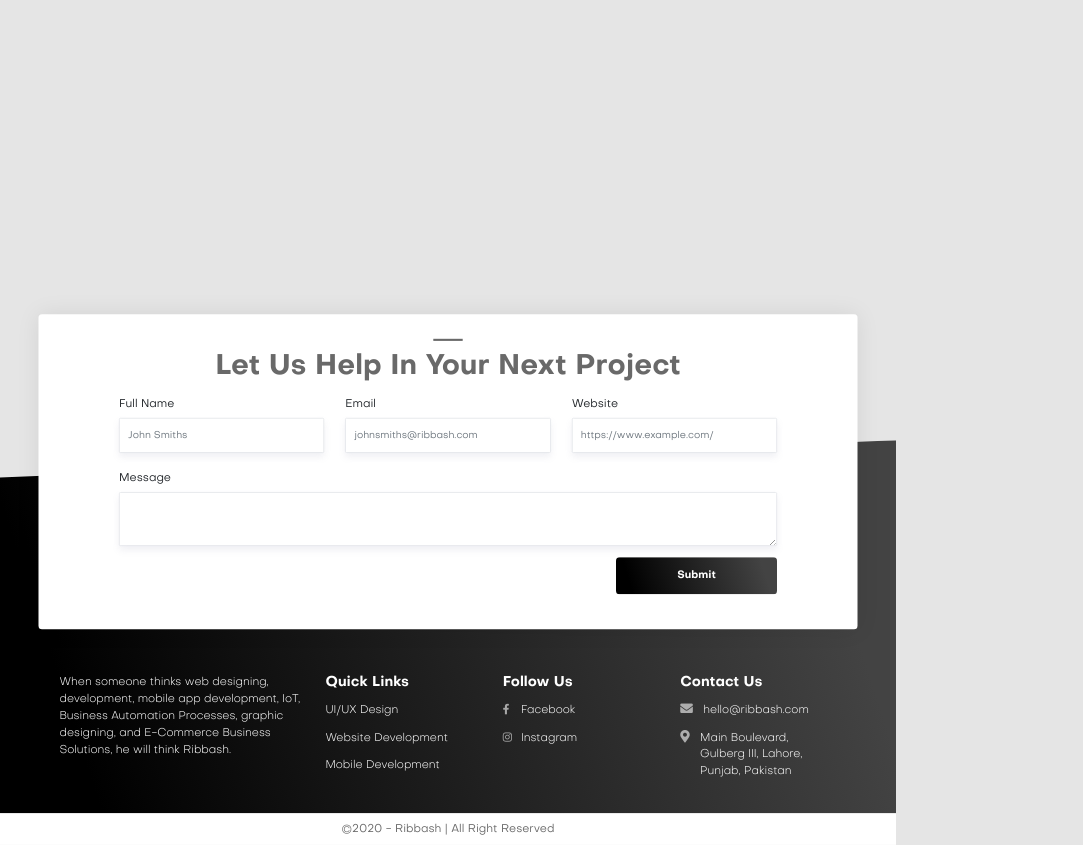
Repository: ahsankalim09/light-Agency
Page: newDesign.html
An editor plug-in stored every save of this project. The page is shown before and after the next save, followed by the edit.
The browser window is 1280 px wide. The page is 1280 px wide, then 1547 px, so the pictures cover 1547 px, including what lies to the right of the window. The pictures show the part of the page from y = 0 to 1600 px (the page is 1207 px tall before and 3312 px after), at 70% of full size.

Above is the page before, as saved 2020-10-13 22:49:07.

After the next save:
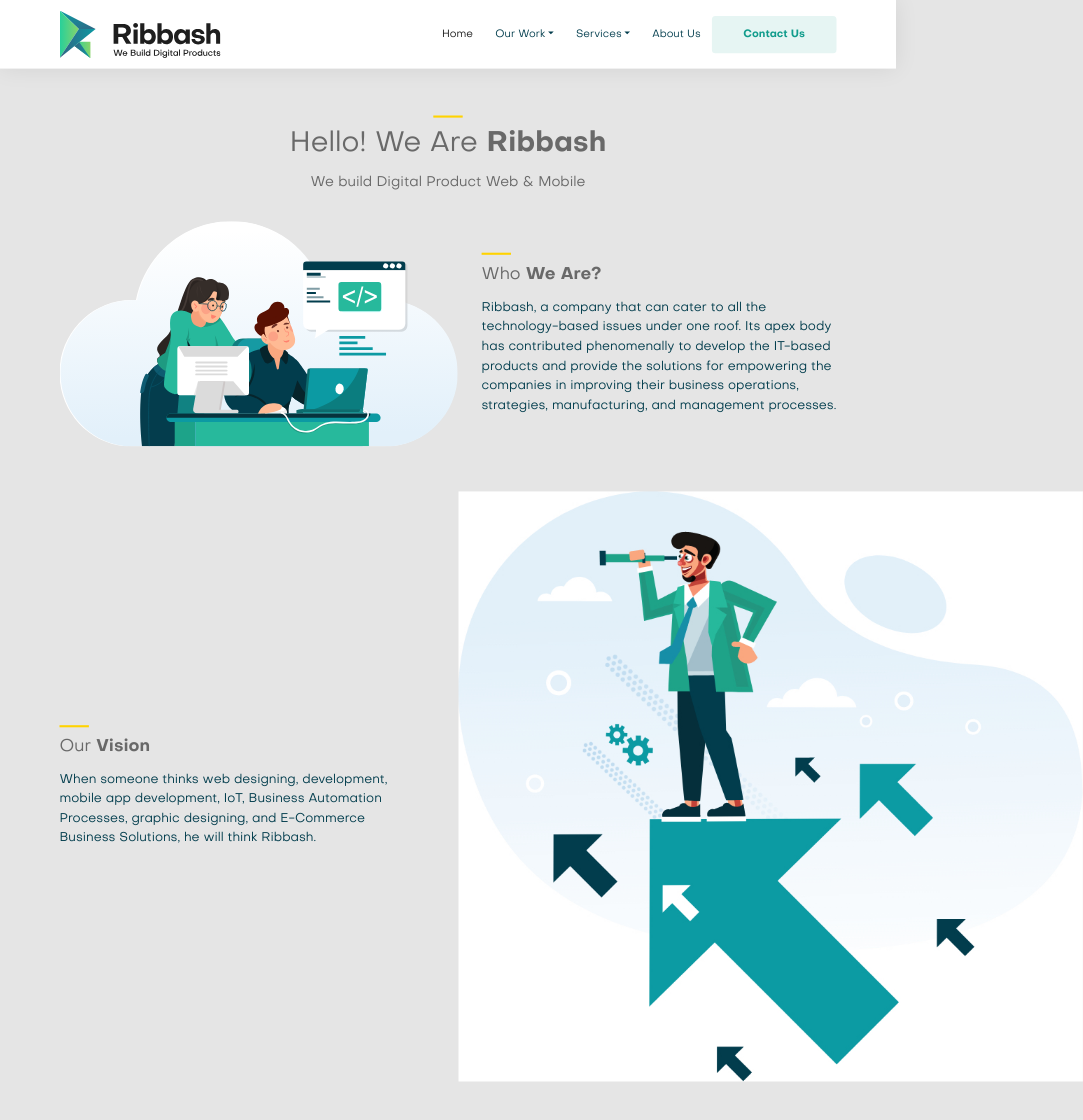
Saved 90 s later.
--- a/newDesign.html
+++ b/newDesign.html
@@ -36,52 +36,6 @@
 
       gtag("config", "UA-175567433-1");
     </script>
-    <style>
-      * {
-        margin: 0;
-        padding: 0;
-        box-sizing: border-box;
-      }
-
-      .main-section {
-        width: 100%;
-        height: 100vh;
-        background-image: url("./assests/images/bg_image.jpg");
-        background-size: cover;
-        background-repeat: no-repeat;
-        background-attachment: fixed;
-      }
-      /* .navBar {
-        width: 100%;
-        height: 15vh;
-        display: flex;
-        justify-content: space-around;
-        align-items: center;
-
-        background-color: #000000cc;
-        color: white;
-      }
-
-      .navBar .listing {
-        width: 100%;
-        display: flex;
-        justify-content: space-around;
-        align-items: center;
-      } */
-
-      .listing li {
-        margin: 10px;
-        list-style: none;
-      }
-
-      .title {
-        width: 100%;
-        margin-top: 300px;
-        height: 85vh;
-        text-align: center;
-        font-size: 25px;
-      }
-    </style>
   </head>
   <body>
     <!--Header Section Start-->
@@ -255,6 +209,98 @@
       </div>
     </header>
     <!--Header Section End-->
+
+    <!--Intro Section Start-->
+    <section class="rd-pt-180 rd-pb-65">
+      <div class="container">
+        <div class="row justify-content-md-center mb-4">
+          <div class="col-12">
+            <div class="rd-infobox text-center rd-text-dark wow fadeInUp">
+              <h2
+                class="rd-title rd-title-strip rd-title-strip-green rd-title-strip-center mb-3"
+              >
+                <span class="font-weight-normal">Hello! We are</span>
+                <span class="font-weight-bold">Ribbash</span>
+              </h2>
+              <p class="rd-text">We build Digital Product Web & Mobile</p>
+            </div>
+          </div>
+        </div>
+        <div class="row align-items-md-center mb-5">
+          <div class="col-12 col-md-6 mb-5 mb-md-0">
+            <figure class="wow fadeInUp">
+              <img src="img/who-we-are.svg" alt="who we are" />
+            </figure>
+          </div>
+          <div class="col-12 col-md-6 pl-md-5">
+            <div class="rd-infobox rd-text-dark">
+              <h2
+                class="rd-mini-title rd-title-strip rd-title-strip-green mb-3 wow fadeInUp"
+              >
+                <span class="font-weight-normal">Who</span>
+                <span class="font-weight-bold">We Are?</span>
+              </h2>
+              <p class="rd-sub-text mb-0 wow fadeInUp">
+                Ribbash, a company that can cater to all the technology-based
+                issues under one roof. Its apex body has contributed
+                phenomenally to develop the IT-based products and provide the
+                solutions for empowering the companies in improving their
+                business operations, strategies, manufacturing, and management
+                processes.
+              </p>
+            </div>
+          </div>
+        </div>
+        <div
+          class="row align-items-md-center mb-5 flex-column-reverse flex-md-row"
+        >
+          <div class="col-12 col-md-6 pr-md-5">
+            <div class="rd-infobox rd-text-dark">
+              <h2
+                class="rd-mini-title rd-title-strip rd-title-strip-green mb-3 wow fadeInUp"
+              >
+                <span class="font-weight-normal">Our</span>
+                <span class="font-weight-bold">Vision</span>
+              </h2>
+              <p class="rd-sub-text mb-0 wow fadeInUp">
+                When someone thinks web designing, development, mobile app
+                development, IoT, Business Automation Processes, graphic
+                designing, and E-Commerce Business Solutions, he will think
+                Ribbash.
+              </p>
+            </div>
+          </div>
+          <div class="col-12 col-md-6 mb-5 mb-md-0">
+            <figure class="wow fadeInUp">
+              <img src="img/our-vision.jpg" alt="Our vision" />
+            </figure>
+          </div>
+        </div>
+        <div class="row align-items-md-center">
+          <div class="col-12 col-md-6 mb-5 mb-md-0">
+            <figure class="wow fadeInUp">
+              <img src="img/our-mission.svg" alt="Our Mission" />
+            </figure>
+          </div>
+          <div class="col-12 col-md-6 pl-md-5">
+            <div class="rd-infobox rd-text-dark">
+              <h2
+                class="rd-mini-title rd-title-strip rd-title-strip-green mb-3 wow fadeInUp"
+              >
+                <span class="font-weight-normal">Our</span>
+                <span class="font-weight-bold">Mission</span>
+              </h2>
+              <p class="rd-sub-text mb-0 wow fadeInUp">
+                To help the businesses become trustworthy and innovative in
+                their respective industries via providing Top-Notch IT services
+                and products globally
+              </p>
+            </div>
+          </div>
+        </div>
+      </div>
+    </section>
+    <!--Intro Section End-->
 
     <br /><br />
     <br /><br />
